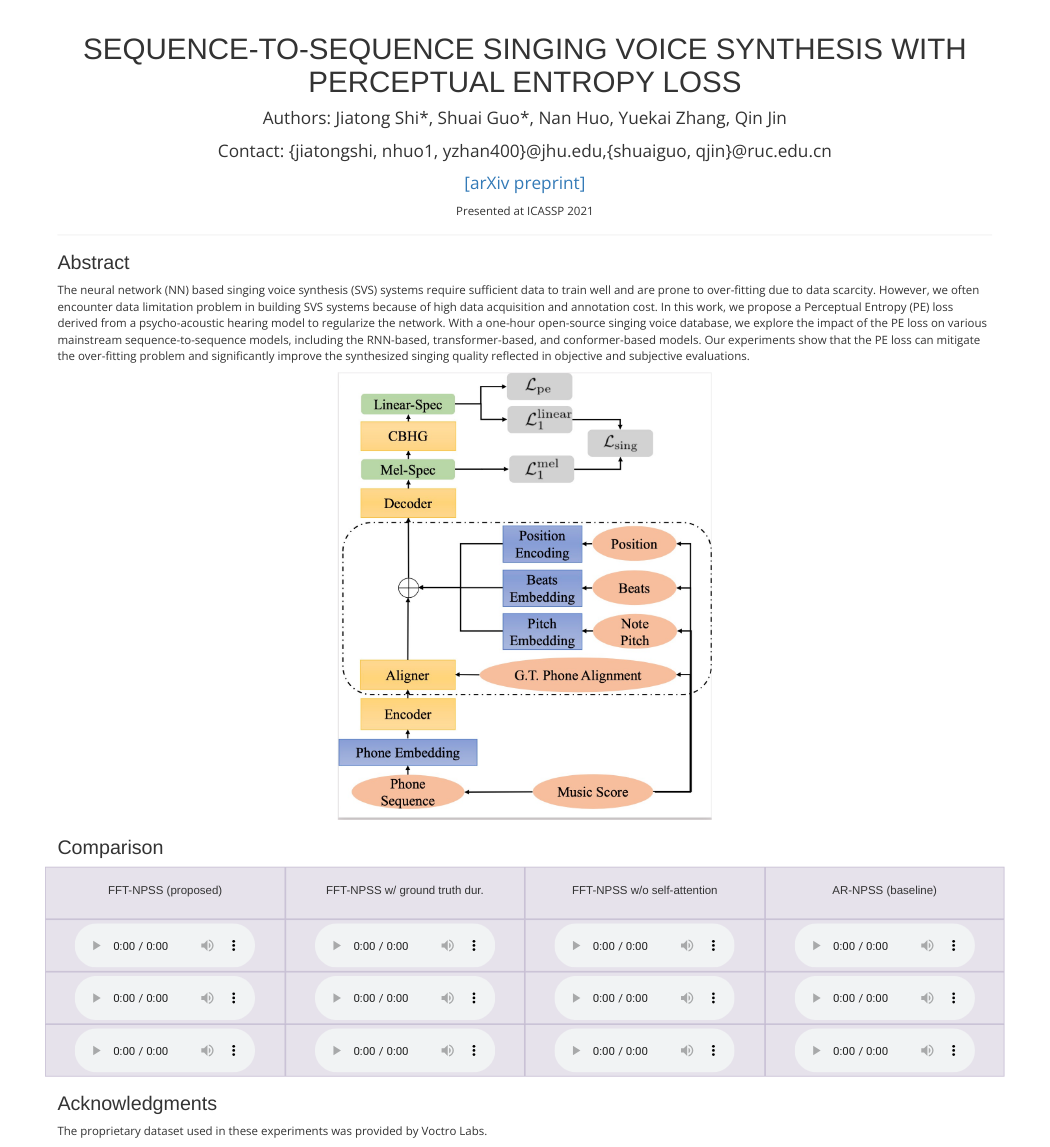
Repository: PeterGuoRuc/SVS_pe.github.io
Page: index.html
The author's editor kept a copy of each file at every save. The page is drawn from the files as they stood at one save, then again after the next save.
The browser window is 1280 px wide. The pictures show the whole page, at 82% of full size.

Above is the page before, as saved 2021-06-06 16:56:08.

After the next save:
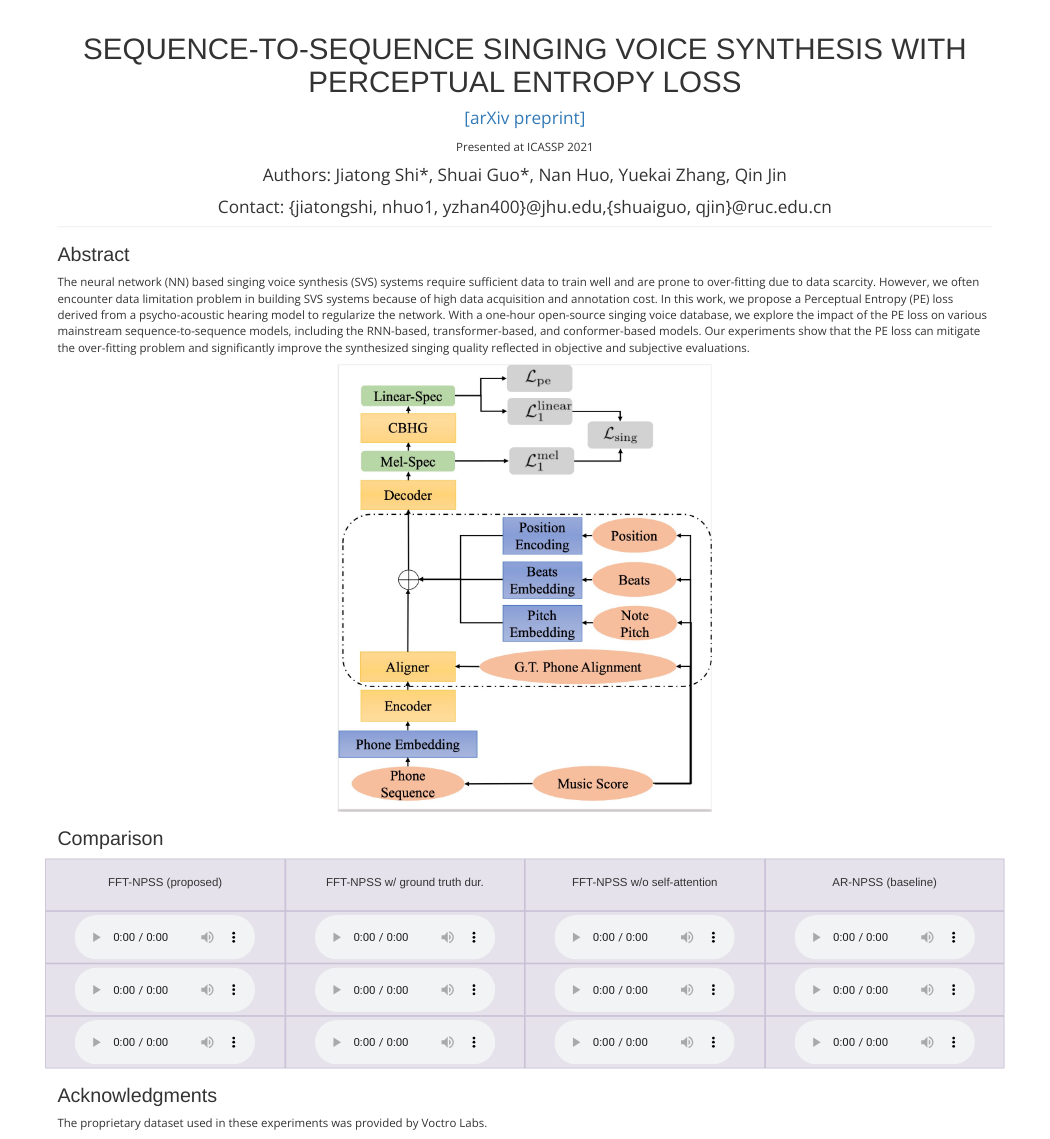
Saved 9 s later.
--- a/index.html
+++ b/index.html
@@ -43,15 +43,15 @@
           SEQUENCE-TO-SEQUENCE SINGING VOICE SYNTHESIS WITH PERCEPTUAL ENTROPY LOSS
         </h1>
         <p class="lead">
+          <a class="lead_link" href="https://arxiv.org/abs/2010.12024">[arXiv preprint]</a>
+        </p>
+        <p class="centered">Presented at ICASSP 2021</p>
+        <p class="lead">
           Authors: Jiatong Shi*, Shuai Guo*, Nan Huo, Yuekai Zhang, Qin Jin
         </p>
         <p class="lead">
           Contact: {jiatongshi, nhuo1, yzhan400}@jhu.edu,{shuaiguo, qjin}@ruc.edu.cn
         </p>
-        <p class="lead">
-          <a class="lead_link" href="https://arxiv.org/abs/2010.12024">[arXiv preprint]</a>
-        </p>
-        <p class="centered">Presented at ICASSP 2021</p>
       </div>
 
       <h3>Abstract</h3>

After the save that followed:
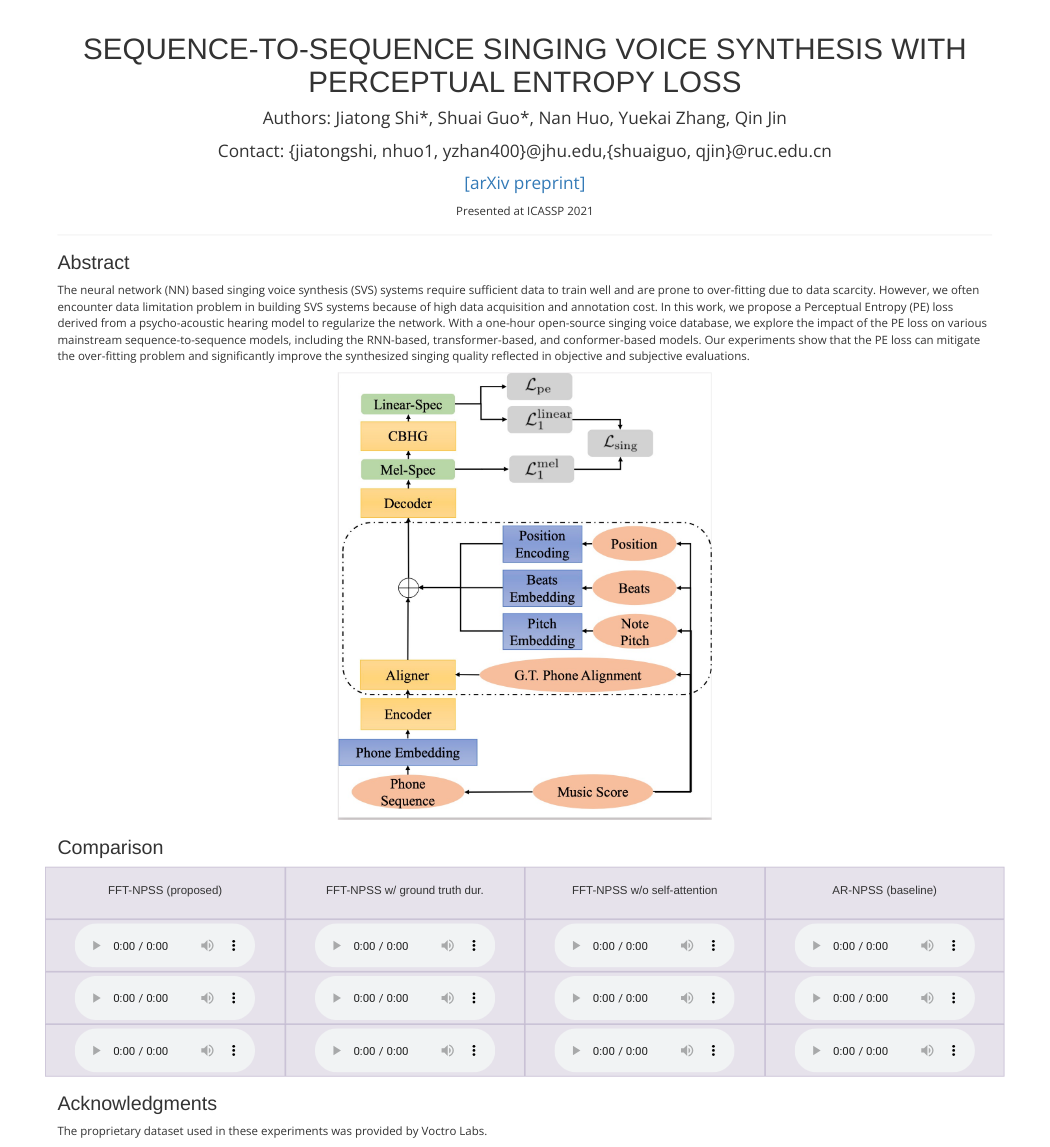
Saved 13 s later.
--- a/index.html
+++ b/index.html
@@ -43,15 +43,15 @@
           SEQUENCE-TO-SEQUENCE SINGING VOICE SYNTHESIS WITH PERCEPTUAL ENTROPY LOSS
         </h1>
         <p class="lead">
-          <a class="lead_link" href="https://arxiv.org/abs/2010.12024">[arXiv preprint]</a>
-        </p>
-        <p class="centered">Presented at ICASSP 2021</p>
-        <p class="lead">
           Authors: Jiatong Shi*, Shuai Guo*, Nan Huo, Yuekai Zhang, Qin Jin
         </p>
         <p class="lead">
           Contact: {jiatongshi, nhuo1, yzhan400}@jhu.edu,{shuaiguo, qjin}@ruc.edu.cn
         </p>
+        <p class="lead">
+          <a class="lead_link" href="https://arxiv.org/abs/2010.12024">[arXiv preprint]</a>
+        </p>
+        <p class="centered">Presented at ICASSP 2021</p>
       </div>
 
       <h3>Abstract</h3>
